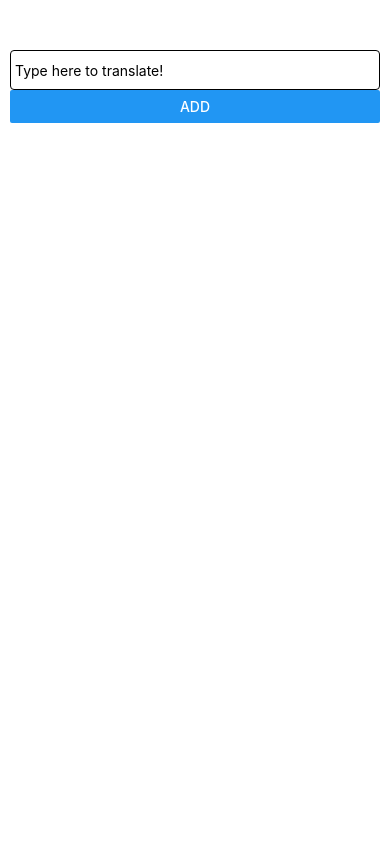
Repository: md-ateeq/ToDoApp
Screen: /
The author's editor kept a copy of each file at every save. The screen is drawn from the files as they stood at one save, then again after the next save.
The app was drawn by React Native's web renderer in a window 390 px wide. The project was rebuilt for these pictures with package versions that can differ from the ones it lists, and the page was loaded fresh each time.

Above is the screen before, as saved 2019-09-20 18:13:28.

### App.js
/**
 * Sample React Native App
 * https://github.com/facebook/react-native
 *
 * @format
 * @flow
 */

import React, {Component} from 'react';
import {
  StyleSheet,
  View,
  Text,
  Button,
  TextInput,
} from 'react-native';

export default class createTaskList extends Component {
  constructor(props) {
    super(props);
    this.state = {text: ''};
  }

  addTask(){
    return (
      <Text>{his.state.text}</Text>
    );
  }

  render() {
    return (
      <View style={{padding: 10}}>
        <TextInput
          style={{height: 40, marginTop: 40, borderWidth: 1, borderRadius: 4, padding: 4}}
          placeholder="Type here to translate!"
          onChangeText={(text) => this.setState({text})}
          value={this.state.text}
        />
        <Button
          title="Add"
          style={styles.button}
          onPress={() => { this.addTask() }}
        />
      </View>
    );
  }
}


const styles = StyleSheet.create({
  button: {
    color: '#f194ff',
    borderRadius: 2
  }
});

After the next save:
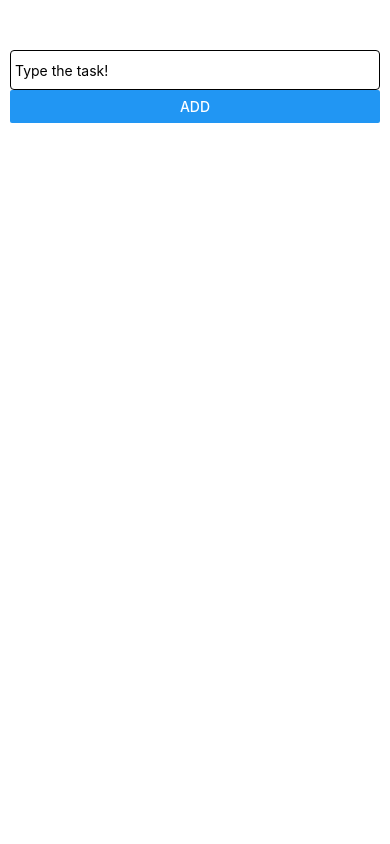
Saved 77 s later.
--- a/App.js
+++ b/App.js
@@ -32,7 +32,7 @@ export default class createTaskList extends Component {
       <View style={{padding: 10}}>
         <TextInput
           style={{height: 40, marginTop: 40, borderWidth: 1, borderRadius: 4, padding: 4}}
-          placeholder="Type here to translate!"
+          placeholder="Type the task!"
           onChangeText={(text) => this.setState({text})}
           value={this.state.text}
         />
